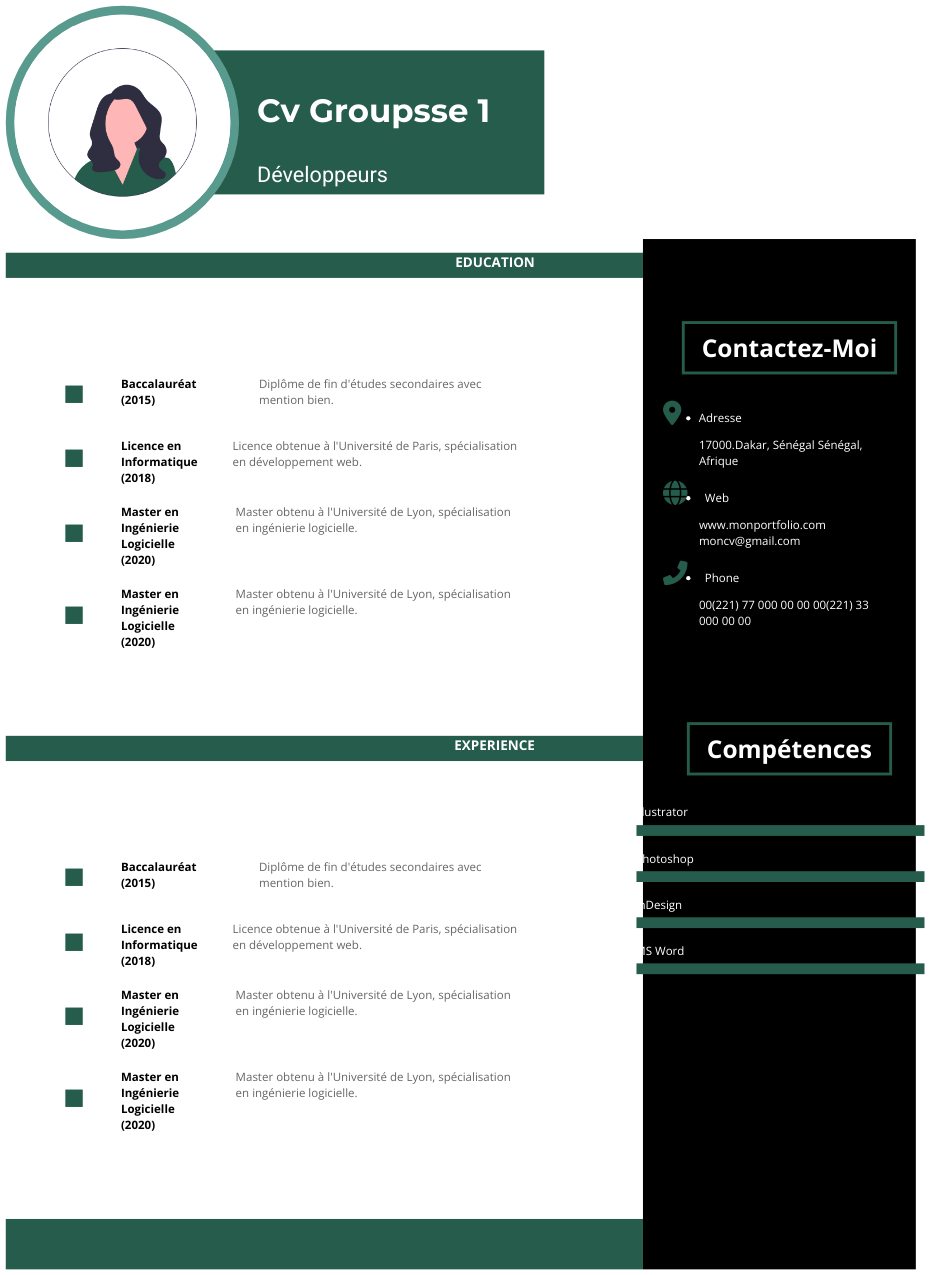
Repository: NdiongueFH/Mon_CV
Page: CV_Groupe1.html
An editor plug-in stored every save of this project. The page is shown before and after the next save, followed by the edit.
The browser window is 1280 px wide. The page is 1302 px wide, so the pictures cover 1302 px, including what lies to the right of the window. The pictures show the whole page, at 72% of full size.

Above is the page before, as saved 2024-08-04 23:10:12.

After the next save:
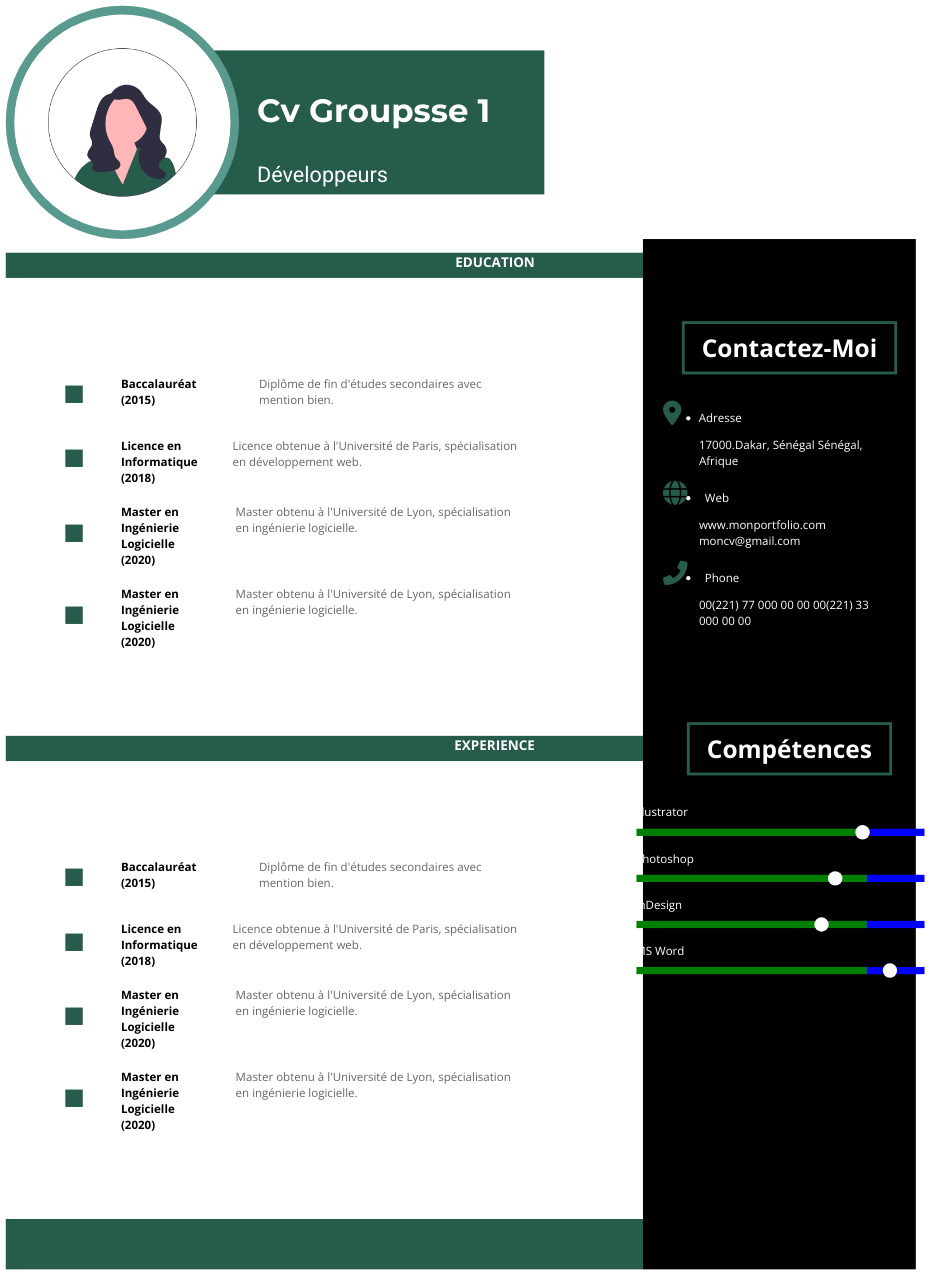
Saved 5 min 46 s later.
--- a/CV_Groupe1.css
+++ b/CV_Groupe1.css
@@ -236,22 +236,68 @@ body {
         -webkit-appearance: none; /* Override default appearance */
         appearance: none;
         width: 100%;
-        height: 15px; /* Height of the slider */
+        height: 10px; /* Height of the slider */
+        background: transparent;
+        outline: none;
     }
 
     .skill input[type="range"]::-webkit-slider-runnable-track {
-        height: 15px;
-        background:var(--color-backgroundFoncé); /* Lighter grey as base track */
+        height: 10px;
+        background: linear-gradient(to right, green 80%, blue 80%); /* Green for the first 80%, blue for the rest */
     }
 
     .skill input[type="range"]::-webkit-slider-thumb {
         -webkit-appearance: none;
-        width: 15px; /* Width of the thumb */
-        height: 15px; /* Height of the thumb */
-
+        appearance: none;
+        width: 20px; /* Width of the thumb */
+        height: 20px; /* Height of the thumb */
+        background: #fff; /* White color for thumb */
         cursor: pointer;
         border-radius: 50%;
         border: none;
         position: relative;
-        top: 0;
-    }
+        top: -5px; /* Center the thumb vertically */
+    }
+
+    .skill input[type="range"]:focus::-webkit-slider-runnable-track {
+        background: linear-gradient(to right, green 80%, blue 80%);
+    }
+
+    /* Mozilla specific styles */
+    .skill input[type="range"]::-moz-range-track {
+        height: 10px;
+        background: linear-gradient(to right, green 80%, blue 80%);
+    }
+
+    .skill input[type="range"]::-moz-range-thumb {
+        width: 20px;
+        height: 20px;
+        border: none;
+        background: #fff;
+        border-radius: 50%;
+    }
+
+    /* Microsoft specific styles */
+    .skill input[type="range"]::-ms-track {
+        width: 100%;
+        height: 10px;
+        background: transparent;
+        border-color: transparent;
+        color: transparent;
+    }
+
+    .skill input[type="range"]::-ms-fill-lower {
+        background: green;
+    }
+
+    .skill input[type="range"]::-ms-fill-upper {
+        background: blue;
+    }
+
+    .skill input[type="range"]::-ms-thumb {
+        width: 20px;
+        height: 20px;
+        background: #fff;
+        border-radius: 50%;
+        border: none;
+    }
